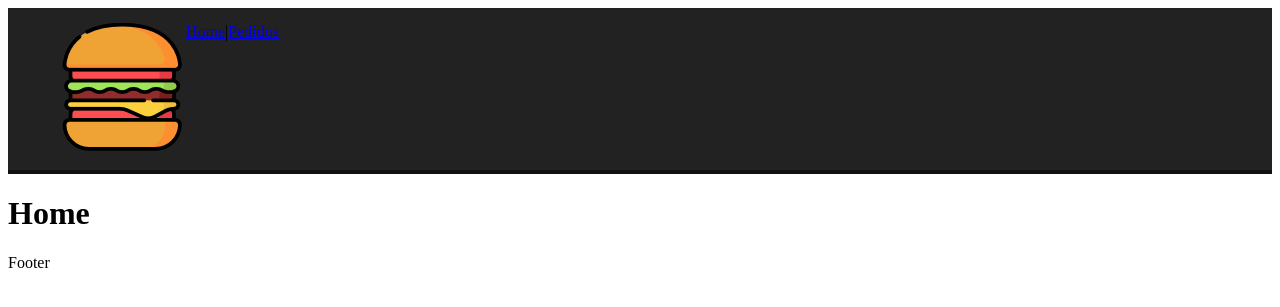
Repository: brunofa23/makeyourburguer
Page: /
The author's editor kept a copy of each file at every save. The page is drawn from the files as they stood at one save, then again after the next save.
The browser window is 1280 px wide. The pictures show the whole page.
The project was rebuilt for these pictures with package versions that can differ from the ones it lists, and the page was loaded fresh each time. Also part of the build but not shown: vue.config.js.

Above is the page before, as saved 2022-08-08 20:26:39.

After the next save:
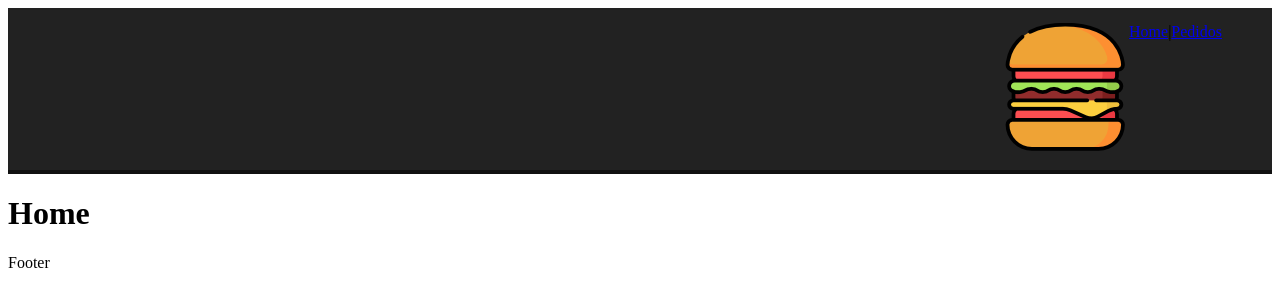
Saved 14 s later.
--- a/src/components/Navbar.vue
+++ b/src/components/Navbar.vue
@@ -21,6 +21,7 @@ export default {
   border-bottom: 4px solid #111;
   padding: 15px 50px;
   display: flex;
+  justify-content: flex-end;
 
 
 }
